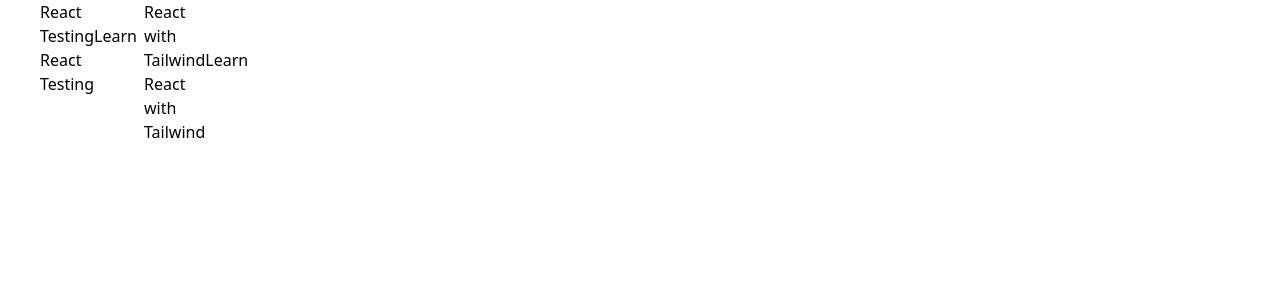
Repository: Sinkycode/Evangel_blog
Page: /
These files come from the project's save history. The page is drawn as it stood at one moment and after the next save; the edit follows.
The browser window is 1280 px wide. The pictures show the whole page.
The project was rebuilt for these pictures with package versions that can differ from the ones it lists, and the page was loaded fresh each time. The framework's server and built-in components were replaced by stand-ins that run in the browser. Also part of the build but not shown: next.config.js.

Above is the page before, as saved 2022-05-26 21:53:28.

After the next save:
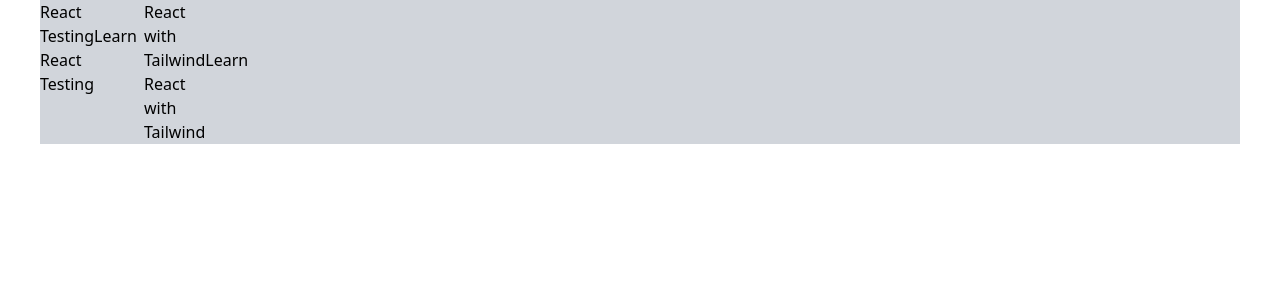
Saved 74 s later.
--- a/pages/index.tsx
+++ b/pages/index.tsx
@@ -14,7 +14,7 @@
         <title>BlogEve</title>
         <link rel="icon" href="/favicon.ico" />
       </Head>
-      <div className="grid grid-cols-1 lg:grid-cols-12 gap-12">
+      <div className="grid grid-cols-1 lg:grid-cols-12 gap-12 bg-gray-300">
         {posts.map((post, index) => (
           <div>
             {post.title}

After the save that followed:
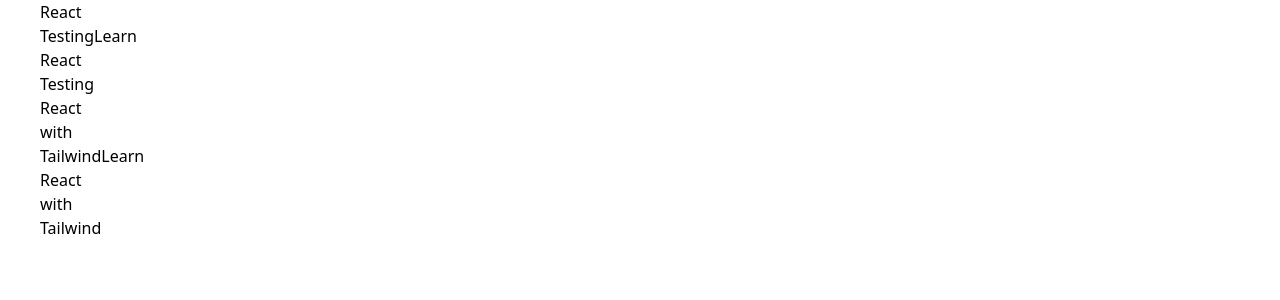
Saved 107 s later.
--- a/pages/index.tsx
+++ b/pages/index.tsx
@@ -14,14 +14,20 @@
         <title>BlogEve</title>
         <link rel="icon" href="/favicon.ico" />
       </Head>
-      <div className="grid grid-cols-1 lg:grid-cols-12 gap-12 bg-gray-300">
+      <div className="grid grid-cols-1 lg:grid-cols-12 gap-12">
+        <div>
         {posts.map((post, index) => (
           <div>
             {post.title}
             {post.excerpt}
           </div>
         ))}
+        </div>
+      <div className="lg:col-span col-span-1">
+
       </div>
+      </div>
+
 
 
     </div>
